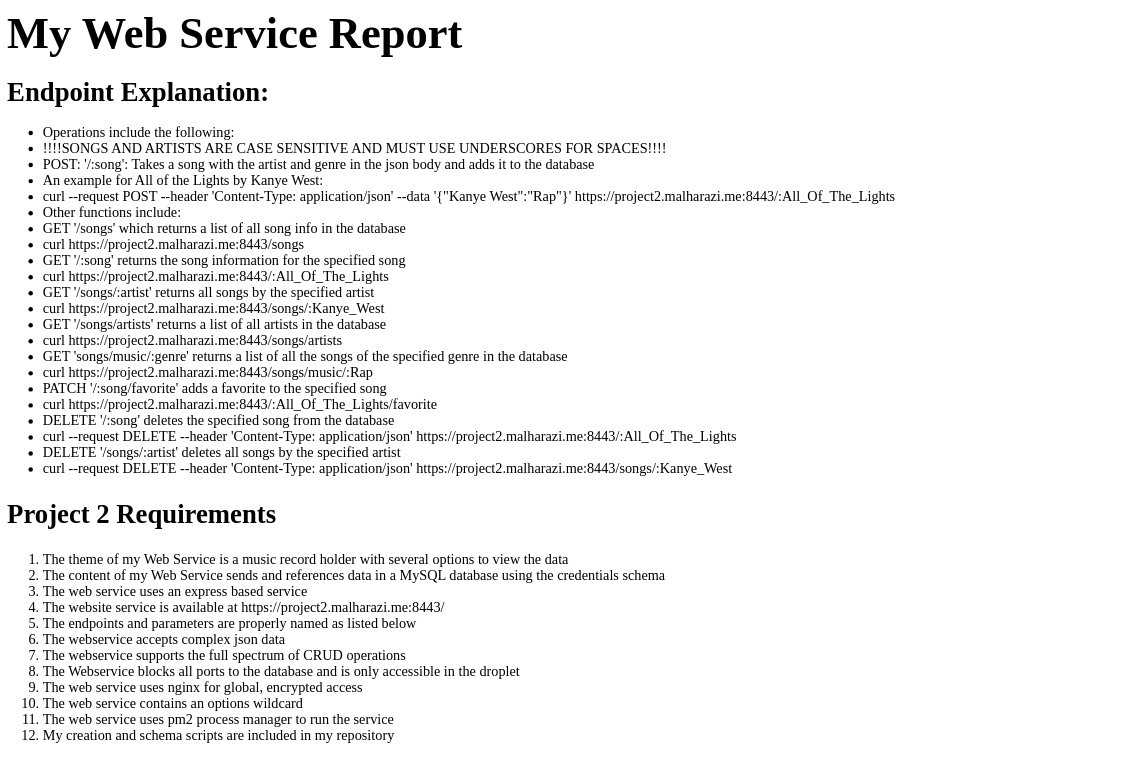
Repository: alharama/WebService
Page: report.html
These files come from the project's save history. The page is drawn as it stood at one moment and after the next save; the edit follows.
The browser window is 1280 px wide. The pictures show the whole page, at 89% of full size.

Above is the page before, as saved 2021-11-01 19:42:18.

After the next save:
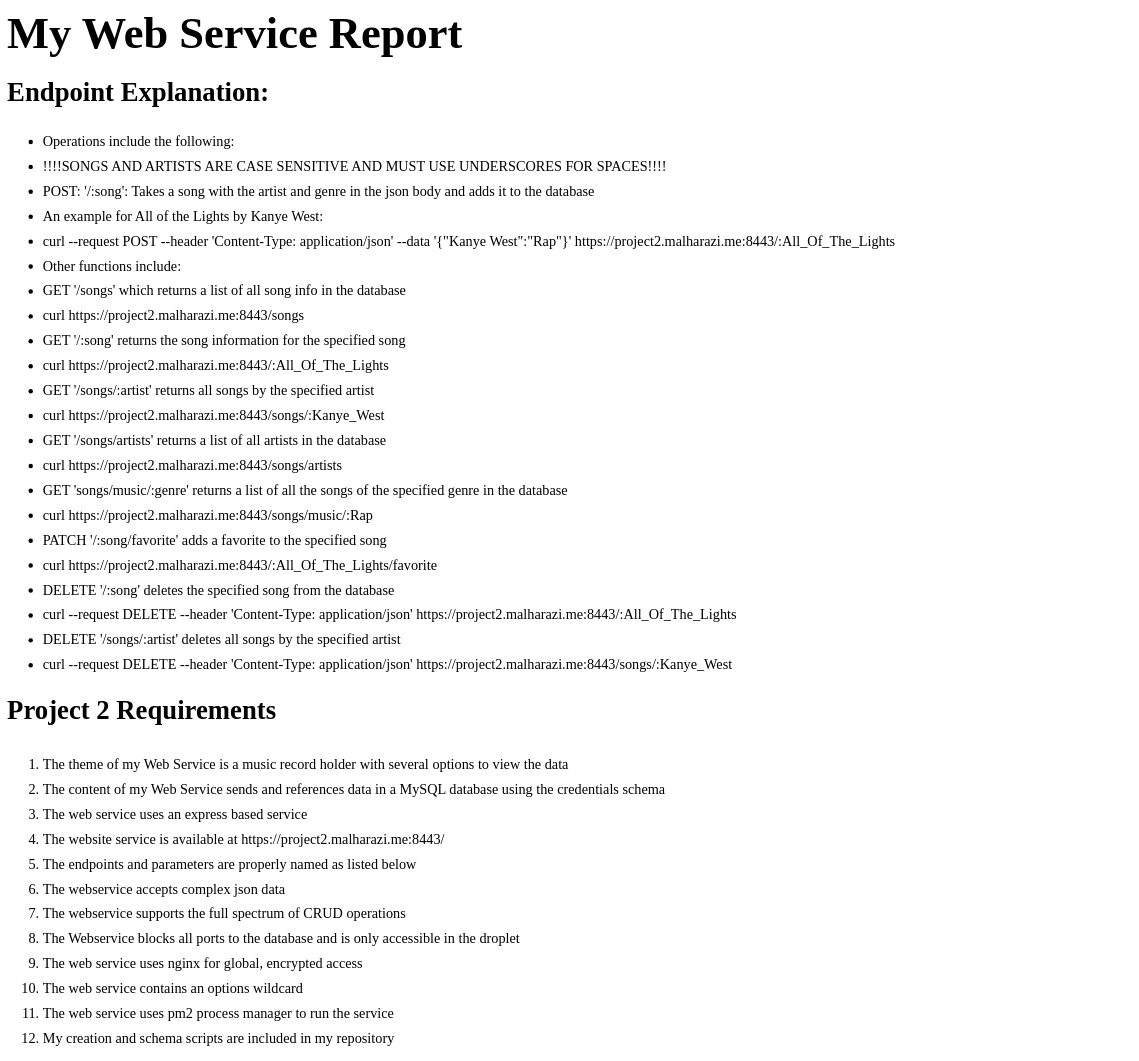
Saved 108 s later.
--- a/report.html
+++ b/report.html
@@ -19,13 +19,15 @@
         font-weight: bold;
       }
 
-      .example {
+      li {
+        padding-top: 10px;
+      }
+
+      li .example {
         padding-top: 10px;
         list-style-type: none;
         font-weight: bold;
       }
-
-      li #
     </style>
   </head>
 
